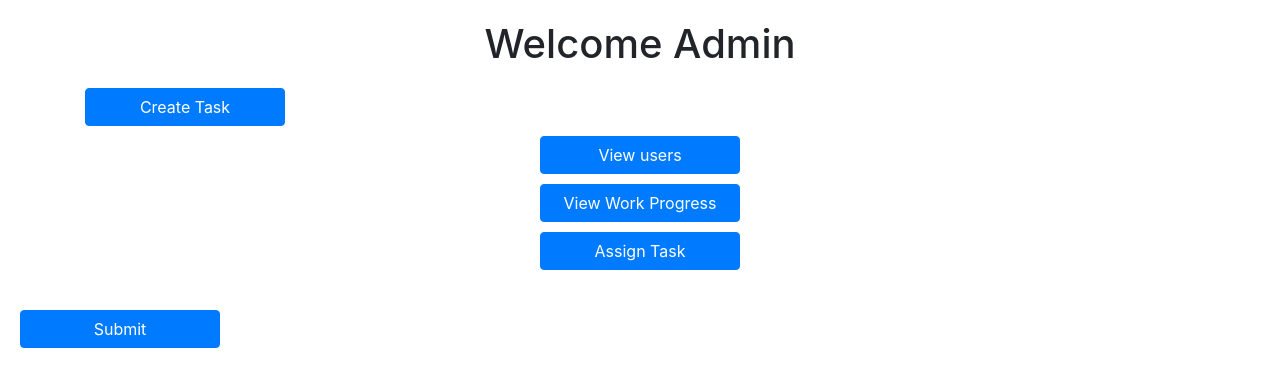
Repository: neha-rouniyar/taskmgmt
Page: http://localhost/admin-dashboard
An editor plug-in stored every save of this project. The page is shown before and after the next save, followed by the edit.
The browser window is 1280 px wide. The pictures show the whole page.
Some web libraries are served in a nearby version. The page is served by the project's Laravel application, run on PHP 8.4 with Laravel 10.

Above is the page before, as saved 2023-12-16 11:56:36.

After the next save:
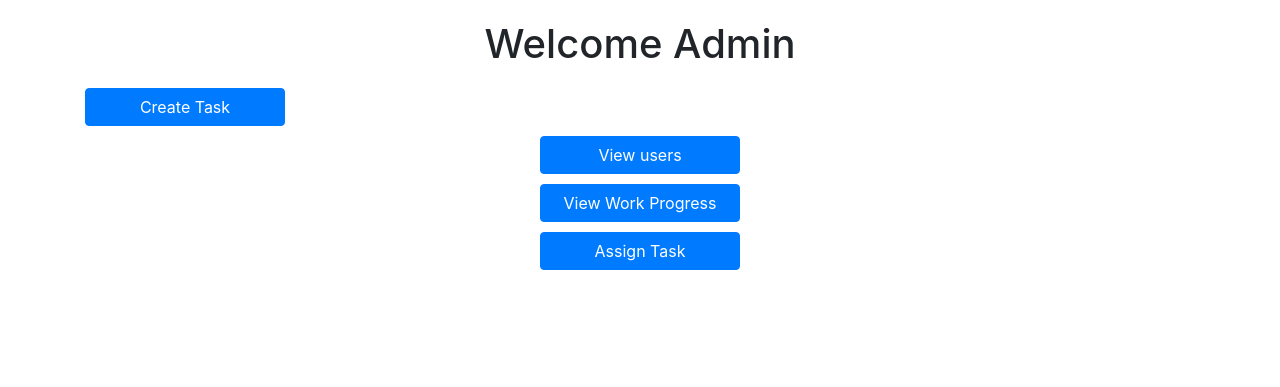
Saved 6 s later.
--- a/resources/views/admin/dashboard.blade.php
+++ b/resources/views/admin/dashboard.blade.php
@@ -72,10 +72,10 @@
           </div>
         </div>
       </div>
-          <div class="form-group">
+          {{-- <div class="form-group">
             <label for="exampleInputEmail1"></label>
           </div>
-          <button type="submit" class="btn btn-primary">Submit</button>
+          <button type="submit" class="btn btn-primary">Submit</button> --}}
     </form>
     @yield('admin-content')
     <script src="https://code.jquery.com/jquery-3.2.1.slim.min.js" integrity="sha384-KJ3o2DKtIkvYIK3UENzmM7KCkRr/rE9/Qpg6aAZGJwFDMVNA/GpGFF93hXpG5KkN" crossorigin="anonymous"></script>
